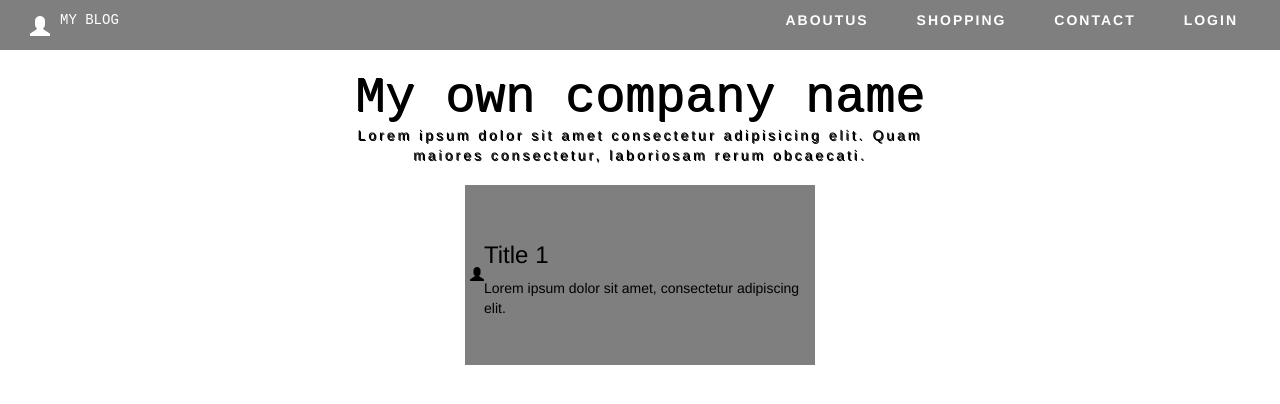
Repository: alikahwaji/HTML-CSS
Page: index.html
The author's editor kept a copy of each file at every save. The page is drawn from the files as they stood at one save, then again after the next save.
The browser window is 1280 px wide. The pictures show the whole page.

Above is the page before, as saved 2019-10-07 15:23:15.

After the next save:
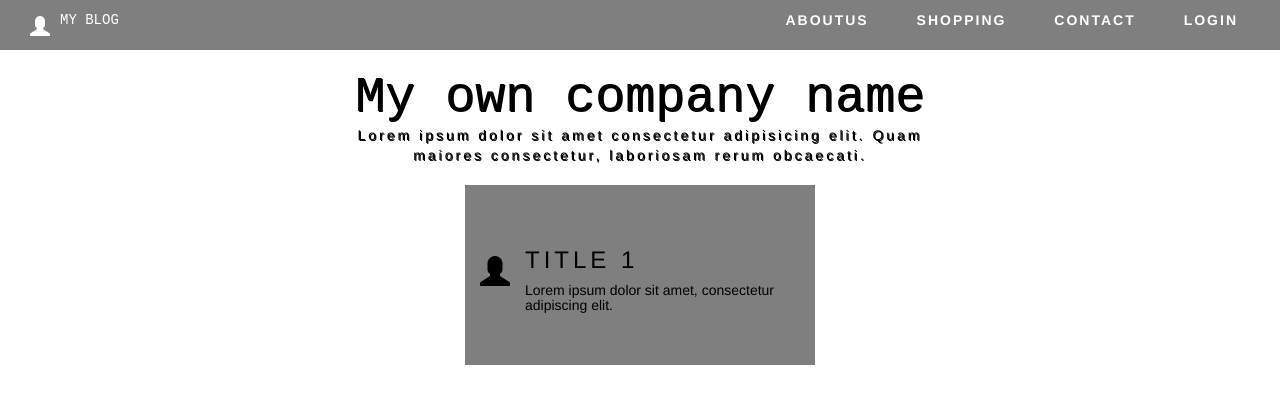
Saved 2 min 53 s later.
--- a/style.css
+++ b/style.css
@@ -94,3 +94,24 @@ nav li a:hover{
   text-decoration: none;
   color: black;
 }
+
+.icon {
+  font-size: 3rem;
+  padding: 1rem;
+}
+
+.text h3 {
+  text-transform: uppercase;
+  letter-spacing: 4px;
+  margin-bottom: 0;
+}
+
+.text p {
+  margin-top: 1rem;
+  line-height: 1.5rem;
+  text-align: left;
+}
+
+.text {
+  padding: .5rem;
+}
